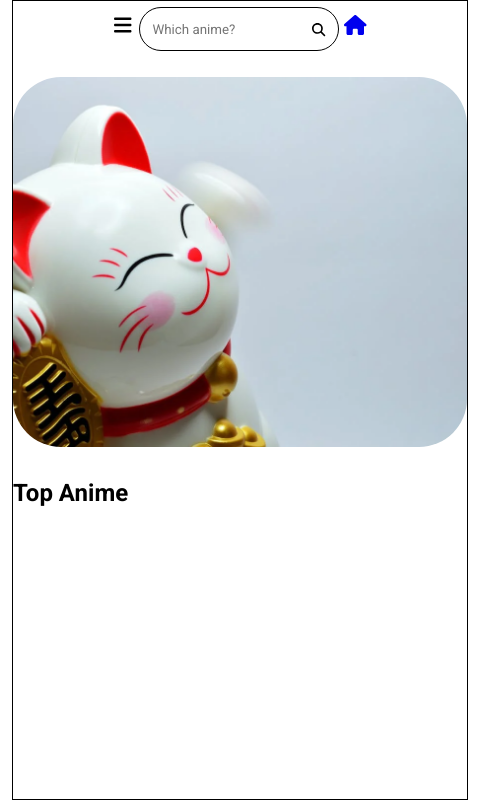
Repository: OwenMargiela/AnimeDatabse
Page: /
These files come from the project's save history. The page is drawn as it stood at one moment and after the next save; the edit follows.
The browser window is 480 px wide. The pictures show the whole page.
The page's requests for data from a server got no answer. An inner scrolling area shows only its first screen. The project was rebuilt for these pictures with package versions that can differ from the ones it lists, and the page was loaded fresh each time. No one was signed in, and anything a server would have sent is missing. Also part of the build but not shown: src/Components/AnimeContainer.jsx, src/Pages/AnimePage/AnimePage.jsx, src/Components/Score.css, src/Components/Score.jsx, src/Components/AnimeDescription.jsx, src/Pages/AnimePage/AnimeInfo.jsx, src/Pages/AnimePage/AnimeGenre.jsx, src/Pages/FavouritesPage/Favourites.css and 7 more.

Above is the page before, as saved 2023-01-26 14:17:06.

### public/index.html
<!DOCTYPE html>
<html lang="en">
  <head>
    <meta charset="utf-8" />
    <link rel="icon" href="%PUBLIC_URL%/favicon.ico" />
    <meta name="viewport" content="width=device-width, initial-scale=1" />
    <meta name="theme-color" content="#000000" />
    <meta
      name="description"
      content="Web site created using create-react-app"
    />
    <link rel="apple-touch-icon" href="%PUBLIC_URL%/logo192.png" />
    <!--
      manifest.json provides metadata used when your web app is installed on a
      user's mobile device or desktop. See https://developers.google.com/web/fundamentals/web-app-manifest/
    -->
    <link rel="manifest" href="%PUBLIC_URL%/manifest.json" />
    <!--
      Notice the use of %PUBLIC_URL% in the tags above.
      It will be replaced with the URL of the `public` folder during the build.
      Only files inside the `public` folder can be referenced from the HTML.

      Unlike "/favicon.ico" or "favicon.ico", "%PUBLIC_URL%/favicon.ico" will
      work correctly both with client-side routing and a non-root public URL.
      Learn how to configure a non-root public URL by running `npm run build`.
    -->
    <title>TV Neko</title>
  </head>
  <body>
    <noscript>You need to enable JavaScript to run this app.</noscript>
    <div id="root"></div>
    <!--
      This HTML file is a template.
      If you open it directly in the browser, you will see an empty page.

      You can add webfonts, meta tags, or analytics to this file.
      The build step will place the bundled scripts into the <body> tag.

      To begin the development, run `npm start` or `yarn start`.
      To create a production bundle, use `npm run build` or `yarn build`.
    -->
  </body>
</html>

### src/index.js
import React from 'react';
import ReactDOM from 'react-dom/client';
import './index.css';
import App from './App';
import reportWebVitals from './reportWebVitals';
import { library } from '@fortawesome/fontawesome-svg-core';
import { faSearch,faStarHalfAlt,faStar,faHouse,faTv,faFilm,faBarsStaggered, faCirclePlay,faHeart,faCalendarDays,faX,faFilter,faArrowRight,faBars} from '@fortawesome/free-solid-svg-icons';

library.add(faSearch,faStarHalfAlt,faStar,faHouse,faTv,faFilm,faBarsStaggered, faCirclePlay,faHeart,faCalendarDays,faX,faFilter,faArrowRight,faBars)
const root = ReactDOM.createRoot(document.getElementById('root'));
root.render(
    <App />
);

// If you want to start measuring performance in your app, pass a function
// to log results (for example: reportWebVitals(console.log))
// or send to an analytics endpoint. Learn more: https://bit.ly/CRA-vitals
reportWebVitals();

### src/index.css
@import url('https://fonts.googleapis.com/css2?family=Roboto:ital,wght@0,100;0,400;0,500;0,700;0,900;1,100;1,700&display=swap');
*{
  margin: 0;
  padding: 0;
  box-sizing: border-box;
  font-family: 'Roboto',sans-serif;
}

### src/App.js
import { BrowserRouter as Router, Routes, Route, Link } from "react-router-dom";
import "./App.css";

import Home from "./Pages/HomePage/Home";
import AnimePage from "./Pages/AnimePage/AnimePage.jsx";
import AnimeInfo from "./Pages/AnimePage/AnimeInfo";
import { useEffect, useState } from "react";
import axios from "axios";
import { FontAwesomeIcon } from "@fortawesome/react-fontawesome";
import AnimeGenre from "./Pages/AnimePage/AnimeGenre";
import Favourites from "./Pages/FavouritesPage/Favourites";
import Sidebar from "./Components/Sidebar";
import Movies from "./Pages/AnimePage/Movies";

import OVA from "./Pages/AnimePage/OVA";
import TvAnime from "./Pages/AnimePage/TvAnime";
import FilterSearch from "./Pages/AnimePage/FilterSearch";

function App() {
  const [animes, setAnimes] = useState();
  const [valueSearch, setValueSearch] = useState();
  const [favourites, setFavourites] = useState([]);
  const [genres, setGenre] = useState([]);

  function sendToFavourites(info) {
    setFavourites([...favourites, info]);
  }

  function removeFromFavourites(anime) {
    setFavourites(
      favourites.filter((favourite) => favourite.mal_id !== anime.mal_id)
    );
    console.log(favourites);
  }

  async function fetchAnime(valueSearch) {
    if (valueSearch) {
      const { data } = await axios.get(
        `https://api.jikan.moe/v4/anime?q=${valueSearch}&sfw`
      );
      setAnimes(data.data);
    }
  }

  useEffect(()=>{
    async function getGenre(){
      const {data} = await axios.get(`https://api.jikan.moe/v4/genres/anime`)
      setGenre(data.data)
    }
    getGenre()
    setTimeout(()=>{
      console.log(genres)
    },300)
  },[])

  console.log(animes)

  function fetchBySearch() {
    fetchAnime(valueSearch);
  }
  return (
    <Router>
      <div className="App">
        <div className="sidebar">
          <Sidebar genres={genres} favourites={favourites}></Sidebar>
        </div>
        <div className="main">
          <nav className="nav">
            <div className="bars__icon" >
          <FontAwesomeIcon icon="fa-solid fa-bars" />

            </div>
            <form>
              <div className="search__container">
                <input
                  placeholder="Which anime?"
                  onKey
                  type="text"
                  value={valueSearch}
                  onChange={(event) => setValueSearch(event.target.value)}
                />
                <Link to="/anime">
                  <button type="submit" onClick={() => fetchBySearch()}>
                    <FontAwesomeIcon icon="fa-search"></FontAwesomeIcon>
                  </button>
                </Link>
              </div>
            </form>
            <div className="home__icon">
              <Link to="/">
                <FontAwesomeIcon icon="fa-house"></FontAwesomeIcon>
              </Link>
            </div>
          </nav>

          <Routes>
            <Route path="/" element={<Home></Home>}></Route>
            <Route
              path="/favourites"
              element={
                <Favourites
                  removeFromFavourites={removeFromFavourites}
                  favourites={favourites}
                ></Favourites>
              }
            ></Route>
            <Route
              path="/anime"
              element={<AnimePage animes={animes}></AnimePage>}
            ></Route>
            <Route
              path=":id/:id"
              element={
                <AnimeInfo
                  favourites={favourites}
                  sendToFavourites={sendToFavourites}
                  animes={animes}
                ></AnimeInfo>
              }
            ></Route>
            <Route path="/:id" element={<AnimeGenre></AnimeGenre>}></Route>
            <Route path="/TV" element={<TvAnime></TvAnime>}></Route>
            <Route path="/Movies" element={<Movies></Movies>}></Route>
            <Route path="/Ova's" element={<OVA></OVA>}></Route>
            <Route path="/filter" element={<FilterSearch genres={genres} ></FilterSearch>}></Route>
          </Routes>
        </div>
      </div>
    </Router>
  );
}

export default App;

### src/App.css
::-webkit-scrollbar {
  display: none;
}

.App {
  display: flex;
  justify-content: space-between;
  height: 100vh;
  min-height: 500px;
  width: 100%;
  /* overflow-y: hidden; */
}

nav {
  position: sticky;
  top: 0;
  display: flex;
  align-items: center;
  justify-content: center;
  margin-bottom: 1.75rem;
  padding: 0.75em 1.25em;
  width: 100%;
  height: 3em;
}


.main {
  margin: 0 0.75em ;
  border: 1px solid black;
  overflow-y: scroll;
  width: 100%;
}

.sidebar {
  max-width: 250px;
  min-width: 200px;
  border: 1px solid black;
  background-color: rgb(190, 190, 190);
}

.landinImageContainer {
  width: 100%;
  height: 370px;
  margin: 0 auto;
}

.landinImageContainer img {
  height: 100%;
  border-radius: 3rem;
  width: 100%;
  object-fit: cover;
}

.home__icon,
.bars__icon {
  font-size: 1.25rem;
}

.bars__icon {
  display: none;
}

.home__icon {
  margin-left: 0.8rem;
}

.search__container {
  display: flex;
  align-items: center;
  justify-content: center;
  width: 100%;
  margin-top: 0.5em;
  margin-left: 0.5em;
  height: 2.75em;
  padding: 0 0.75em;
  border-radius: 2rem;
  border: 1px solid black;
}

.search__container input {
  width: 100%;
  border: none;
  outline: none;
  background: none;
}

.search__container button {
  background-color: transparent;
  border: none;
  color: none;
  cursor: pointer;
}

.anime__wrapper--container{
  display: flex;
  flex-direction: column;
}

.anime__container{
  display: flex;
  flex-direction: column;
  align-items: center;
  flex-grow: 1;

}

.anime__image{
  border: 1px solid black;
  border-radius: 1em;
  min-width: 14rem;
  margin-bottom: 1rem;

}


/* .anime__image{
  border: 1px solid black;
  height: 100%;
  width: 100%;
  object-fit: cover;
  flex-grow: 1;
  margin-right: 1.25em;
  margin-bottom: 1.25em;
} */
.mainBody{
  margin: 2em 0;
  /* border: 1px solid black; */
}

@media screen and (max-width: 700px) {
  .sidebar {
    display: none;
  }
  .bars__icon {
    display: block;
  }
}
@media screen and (min-width: 480px) {
  .anime__wrapper{
    display: flex;
    flex-wrap: wrap;
    justify-content: space-between;
    margin-bottom: 7rem;
    height: 400px;

  }
}
@media screen and (max-width: 480px) {
  .anime__wrapper{
    display: flex;
    flex-direction: column;
    align-items: center;

  }
}

### src/Pages/HomePage/Home.jsx
import React, { useEffect, useState } from "react";
import neko from "./assets/neko.webp";
import axios from "axios";
import AnimeContainer from "../../Components/AnimeContainer";
import { Link } from "react-router-dom";
function Home() {
  const [top, setTop] = useState();
  const [movies, setMovies] = useState();
  const [adventure, setAdventure] = useState();

  useEffect(() => {
    async function getFrontPage() {
      const { data: top } = await axios.get(
        "https://api.jikan.moe/v4/top/anime"
      );
      setTop(top.data.slice(0, 12));

      const { data: movie } = await axios.get(
        "https://api.jikan.moe/v4/anime?type=movie"
      );
      setMovies(movie.data.slice(0, 6));

      const { data: adventure } = await axios.get(
        "https://api.jikan.moe/v4/anime?genres=2&order_by=score&sort=desc"
      );
      setAdventure(adventure.data.slice(0, 6));
    }
    getFrontPage();
  }, []);

  return (
    <div className="Home">
      <div className="landinImageContainer">
        <img src={neko} alt="" />
      </div>
      <div className="mainBody">
        <div className="anime__wrapper--container">
          <h2>Top Anime</h2>
          <div className="anime__wrapper">
            {top?.slice(0, 6).map((anime) => (
              <Link to={`anime/${anime.mal_id}`}>
                <AnimeContainer anime={anime}></AnimeContainer>
              </Link>
            ))}
          </div>
        </div>

        <div className="anime__wrapper--container">
          <h2>Movies</h2>
          <div className="anime__wrapper">
            {movies?.map((anime) => (
              <Link to={`anime/${anime.mal_id}`}>
                <AnimeContainer anime={anime}></AnimeContainer>
              </Link>
            ))}
          </div>
        </div>

        <div className="anime__wrapper--container">
          <h2>Adventure Anime</h2>
          <div className="anime__wrapper">
            {adventure?.map((anime) => (
              <Link to={`anime/${anime.mal_id}`}>
                <AnimeContainer anime={anime}></AnimeContainer>
              </Link>
            ))}
          </div>
        </div>
      </div>
    </div>
  );
}

export default Home;

### src/Components/Sidebar.jsx
import { FontAwesomeIcon } from "@fortawesome/react-fontawesome";
import React from "react";
import "./Sidebar.css";
import { Link } from "react-router-dom";
import { useState } from "react";

function Sidebar({ favourites, genres }) {
  const [genreToggle, setGenreToggle] = useState(false);
  function toggleGenre() {
    genreToggle === false ? setGenreToggle(true) : setGenreToggle(false);
  }

  return (
    <>
      <div className="sidebar">
        <div className="sidebar__head">
          <h2>TV Neko</h2>
        </div>
        <ul className="sidebar__list">
          <Link to="/">
            <li className="sidebar__list--item">
              <FontAwesomeIcon
                className="sidebar__list--item-icon"
                icon="fa-solid fa-house"
              ></FontAwesomeIcon>
              <p>Home</p>
            </li>
          </Link>

          <Link to="/favourites">
            <li className="sidebar__list--item">
              <FontAwesomeIcon
                className="sidebar__list--item-icon"
                icon="fa-solid fa-heart"
              ></FontAwesomeIcon>
              {favourites.length > 0 && <span>{favourites.length}</span>}
              <p>Favs</p>
            </li>
          </Link>
          <li
            onClick={() => toggleGenre()}
            className="sidebar__list--item sidebar__list--item-genre"
          >
            <div className="icon__para">
              <FontAwesomeIcon
                className="sidebar__list--item-icon"
                icon="fa-solid fa-bars-staggered"
              />
              <p>Genre</p>
            </div>
            <li className="genres">
              <div className={`${genreToggle} || Sidebar__genres`}>
                {genres
                  ?.filter(
                    (genres) =>
                      genres.mal_id !== 28 &&
                      genres.mal_id !== 26 &&
                      genres.mal_id !== 9
                  )
                  .slice(0, 8)
                  .map((genre) => (
                    <Link to={`/${genre.mal_id}`}>
                      <div className="sidebar__genre">
                        <p>{genre.name}</p>
                      </div>
                    </Link>
                  ))}
                  <Link to="/filter" >
                <p className="view__all-btn">
                  view all{" "}
                  <FontAwesomeIcon icon="fa-solid fa-arrow-right"></FontAwesomeIcon>
                </p>
                  </Link>
              </div>
            </li>
          </li>

          <br />
          <h3>
            Search by
          </h3>
          <br />
          <Link to="/TV">
            <li className="sidebar__list--item">
              <FontAwesomeIcon
                className="sidebar__list--item-icon"
                icon="fa-solid fa-tv"
              />
              <p>Tv Anime</p>
            </li>
          </Link>
          <Link to="/Movies">
            <li className="sidebar__list--item">
              <FontAwesomeIcon
                className="sidebar__list--item-icon"
                icon="fa-solid fa-film"
              />
              <p>Movies</p>
            </li>
          </Link>
          <Link to="/Ova's">
            <li className="sidebar__list--item">
              <FontAwesomeIcon
                className="sidebar__list--item-icon"
                icon="fa-solid fa-circle-play"
              />
              <p>OVA's</p>
            </li>
          </Link>
          <Link to="/filter">
            <li className="sidebar__list--item">
              <FontAwesomeIcon
                className="sidebar__list--item-icon"
                icon="fa-solid fa-filter"
              />
              <p>Filter Search</p>
            </li>
          </Link>
        </ul>

        <div className="Favourite">
          <h3>Favourites</h3>
          <ul className="favourites__list">
            {favourites?.slice(0, 5).map((anime) => (
              <Link to={`/favourites`}>
                <li className="favourites__list--item" key={anime.mal_id}>
                  {anime.title}
                </li>
              </Link>
            ))}
          </ul>
        </div>
      </div>
    </>
  );
}

export default Sidebar;

### src/Components/Sidebar.css
li{
    list-style-type: none;
}

.sidebar{
    border: none;
    background-color: #a3a3a3;
    padding-bottom: 200px;
    overflow-y: hidden;
}
.sidebar__head{
    display: flex;
    flex-direction: column;
    margin-left: 8px;
}

.sidebar__head--img{
    width: 50%;
    object-fit: cover;
    border-radius: 50%;
}



.sidebar__list--item,
.favourites__list--item{
    display: flex;
    align-items: center;
    margin-bottom: 20px;
    width: 90%;
    padding: 4px 8px;
    border-radius: 1rem;
    transition: all 300ms ease;
    cursor: pointer;

}
.sidebar__list--item-icon{
    height: 32px;
    width: 32px;
}

.sidebar__list--item p{
    margin-left: 16px;

}
.sidebar__list--item span{
    display: flex;
    justify-content: center;
    align-items: center;
    width: 16px;
    height: 16px;
    transform: translate(-10px,10px);
    background-color: rgb(231, 231, 231);
    color: rgb(71, 71, 71) ;
    box-shadow: 0px 0px 15px 1px rgba(235, 235, 235, 0.45);
    border-radius: 50%;

}


.sidebar__list--item:hover,
.favourites__list--item:hover{
    transform: translateX(5px);
    background-color: rgb(231, 231, 231);
    color: rgb(71, 71, 71) ;
    box-shadow: 0px 0px 15px 1px rgba(235, 235, 235, 0.45);
}
.Sidebar__genres{
    display: flex;
    flex-direction: column;
    flex-wrap: wrap;
    /* visibility: hidden; */
    height: 4px;
    transition: all 200ms ease;

}
.true{
    visibility: visible;
    height: 250px;
}
.true .sidebar__genre{
    display: flex;
    align-items: center;
    padding: 2px 6px;
    border: 1px solid black;
    border-radius: 20px;
    transition: all 300ms;

}
.true .sidebar__genre:hover{
    transform: translateX(15px);
}
.true .view__all-btn {
    display: block;
}
.view__all-btn{
    display: none;
    transform: translate(-16px,10px)
}
.sidebar__genre{
    display: none;
    width: 150px;
    font-size: 12px;
    margin-top: 4px;
}
.sidebar__list--item-genre{
    display: flex;
    flex-direction: column;
    align-items: flex-start;
    padding-bottom: 0px;
}
.icon__para{
    display: flex;
    align-items: center;
}

.Favourite{
    margin-left: 8px;
    margin-right: 8px;
    padding: 4px 16px;
    border: 1px solid black;
    border-radius: 16px;
    /* min-height: 250px;
    height: 250px; */
}
.favourites__list--item{
    margin-bottom: 8px;
    padding: 3px 12px;
}

@media screen and (max-width: 600px) {

        .sidebar{display: none;}

}

Loaded but not shown: src/reportWebVitals.js (common file)

After the next save:
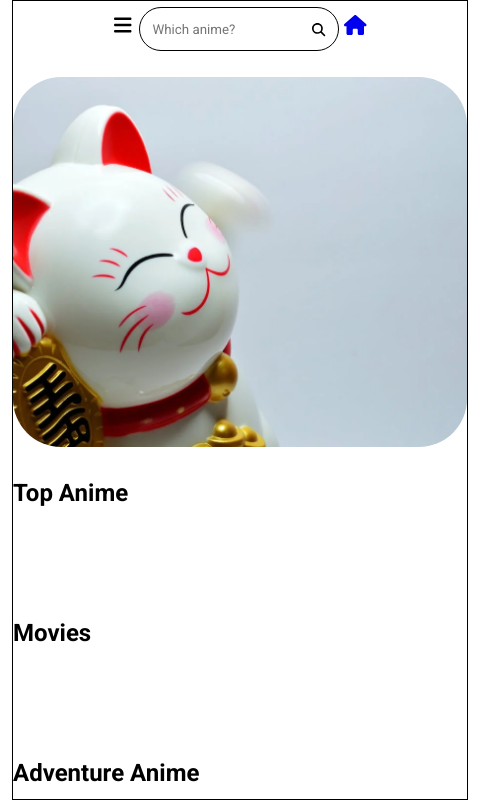
Saved 33 s later.
--- a/src/App.css
+++ b/src/App.css
@@ -141,7 +141,6 @@ nav {
     flex-wrap: wrap;
     justify-content: space-between;
     margin-bottom: 7rem;
-    height: 400px;
 
   }
 }
@@ -152,4 +151,7 @@ nav {
     align-items: center;
 
   }
+  .anime__image{
+    height: 400px;
+  }
 }
